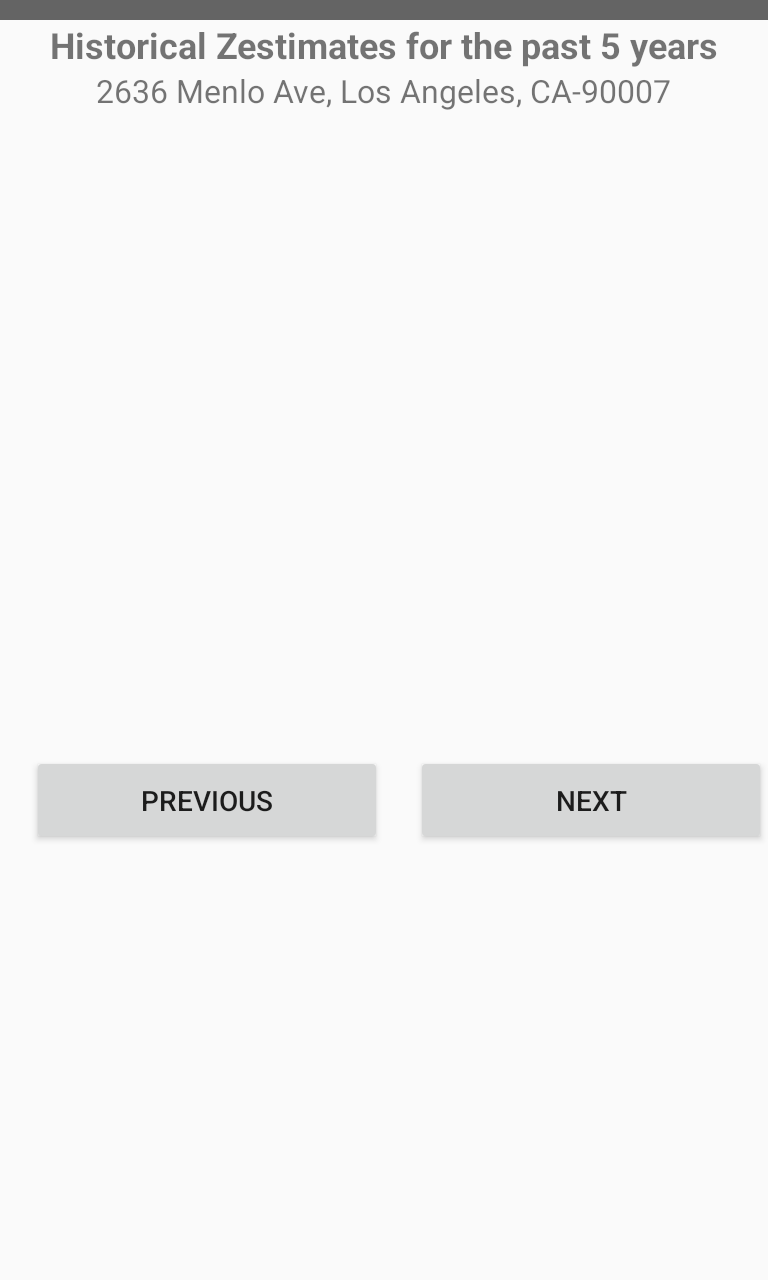
Repository: Warun26/PropertySearch
Layout: PropertySearch/res/layout/historical_zestimates_tab.xml
These files come from the project's save history. The layout is drawn as it stood at one moment and after the next save; the edit follows.
It is drawn on a 768 x 1280 px phone screen (xhdpi) without system bars, with theme AppTheme; the app's code is not run. The app's manifest (not shown) leaves right-to-left support off. So textAlignment, textDirection and layoutDirection are ignored, and left and right values win over start and end ones.

Above is the layout before, as saved 2014-11-23 04:15:45.

### PropertySearch/res/layout/historical_zestimates_tab.xml
<?xml version="1.0" encoding="utf-8"?>
<LinearLayout xmlns:android="http://schemas.android.com/apk/res/android"
    android:id="@+id/tab2"
    android:layout_width="fill_parent"
    android:layout_height="fill_parent"
    android:orientation="vertical" >

    <TextSwitcher
        android:id="@+id/chartYear"
        android:layout_width="fill_parent"
        android:layout_height="wrap_content"
        android:textAlignment="center"
        android:layout_gravity="center"
        android:background="#99000000"
        android:padding="5dp"
        android:textSize = "20sp"
        android:textStyle="bold" />

      <TextView
	     android:id="@+id/address"
	     android:layout_width="wrap_content"
	     android:layout_height="wrap_content"
	     android:padding="0dp"
	     android:textSize="18sp"
	     android:textAlignment="center"
	     android:layout_gravity="center"
	     android:textStyle="bold"
	     android:text="Historical Zestimates for the past 5 years" >
	</TextView>

    <TextView
	     android:id="@+id/address"
	     android:layout_width="wrap_content"
	     android:layout_height="wrap_content"
	     android:padding="0dp"
	     android:textSize="16sp"
	     android:textAlignment="center"
	     android:layout_gravity="center"
	     android:text="2636 Menlo Ave, Los Angeles, CA-90007" >
	</TextView>

    <ImageSwitcher
      android:id="@+id/ZestimateCharts"
      android:layout_width="fill_parent"
      android:layout_height="300dp" >
    </ImageSwitcher>

    <LinearLayout
        android:id="@+id/imageNavigationButtons"
        android:layout_width="fill_parent"
        android:layout_height="wrap_content"
        android:orientation="horizontal">
	    <Button
	      	android:id="@+id/previousImageButton"
	        android:layout_width="fill_parent"
	        android:layout_height="wrap_content"
	        android:text="@string/previous"
	        android:layout_marginLeft="15dp"
	        android:layout_marginStart="7dp"
	        android:layout_marginTop="20dp"
	        android:paddingLeft="3dp"
	        android:paddingRight="3dp"
	        android:layout_weight="1" />

	    <Button
	      	android:id="@+id/nextImageButton"
	        android:layout_width="fill_parent"
	        android:layout_height="wrap_content"
	        android:text="@string/next"
	        android:layout_marginLeft="15dp"
	        android:layout_marginStart="7dp"
	        android:layout_marginTop="20dp"
	        android:paddingLeft="3dp"
	        android:paddingRight="3dp"
	        android:layout_weight="1" />
        </LinearLayout>
    <!--  TextView
        android:id="@+id/textView2"
        android:layout_width="wrap_content"
        android:layout_height="wrap_content"
        android:text="@string/body2" /-->
</LinearLayout>

### PropertySearch/res/values/strings.xml
<?xml version="1.0" encoding="utf-8"?>
<resources>

    <string name="app_name">PropertySearch</string>
    <string name="hello_world">Hello world!</string>
    <string name="action_settings">Settings</string>
    <string name="search">Search</string>
    <string name="title_activity_main">MainActivity</string>
    <string name="form_title">Search Your Property Here</string>
    <string name="street_address">Street Address</string>
    <string name="address">Address*:</string>
    <string name="city_label">City*:</string>
    <string name="city">City</string>
    <string name="state">State*:</string>
    <string name="zillow_image">Zillow Logo</string>
    <string name="error_message">This field is required.</string>
    <string name="body1">body1</string>
    <string name="body2">body2</string>
    <string name="previous">Previous</string>
    <string name="next">Next</string>
    <string name="more_details">See more details on Zillow:</string>
    <string-array name="states">
        <item>Choose State</item>
        <item>AL</item>
        <item>AK</item>
        <item>AZ</item>
        <item>AR</item>
        <item>CA</item>
        <item>CO</item>
        <item>CT</item>
        <item>DE</item>
        <item>DC</item>
        <item>FL</item>
        <item>GA</item>
        <item>HI</item>
        <item>ID</item>
        <item>IL</item>
        <item>IN</item>
        <item>IA</item>
        <item>KS</item>
        <item>KY</item>
        <item>LA</item>
        <item>ME</item>
        <item>MD</item>
        <item>MA</item>
        <item>MI</item>
        <item>MN</item>
        <item>MS</item>
        <item>MO</item>
        <item>MT</item>
        <item>NE</item>
        <item>NV</item>
        <item>NH</item>
        <item>NJ</item>
        <item>NM</item>
        <item>NY</item>
        <item>NC</item>
        <item>ND</item>
        <item>OH</item>
        <item>OK</item>
        <item>OR</item>
        <item>PA</item>
        <item>PA</item>
        <item>RI</item>
        <item>SC</item>
        <item>SD</item>
        <item>TN</item>
        <item>TX</item>
        <item>UT</item>
        <item>VT</item>
        <item>VA</item>
        <item>WA</item>
        <item>WV</item>
        <item>WI</item>
        <item>WY</item>
    </string-array>

    <string name="title_activity_display_property_details">Results from Zillow</string>

</resources>

Loaded but not shown: PropertySearch/res/values/styles.xml (common file); PropertySearch/res/values-v11/styles.xml (common file); PropertySearch/res/values-v14/styles.xml (common file)

After the next save:
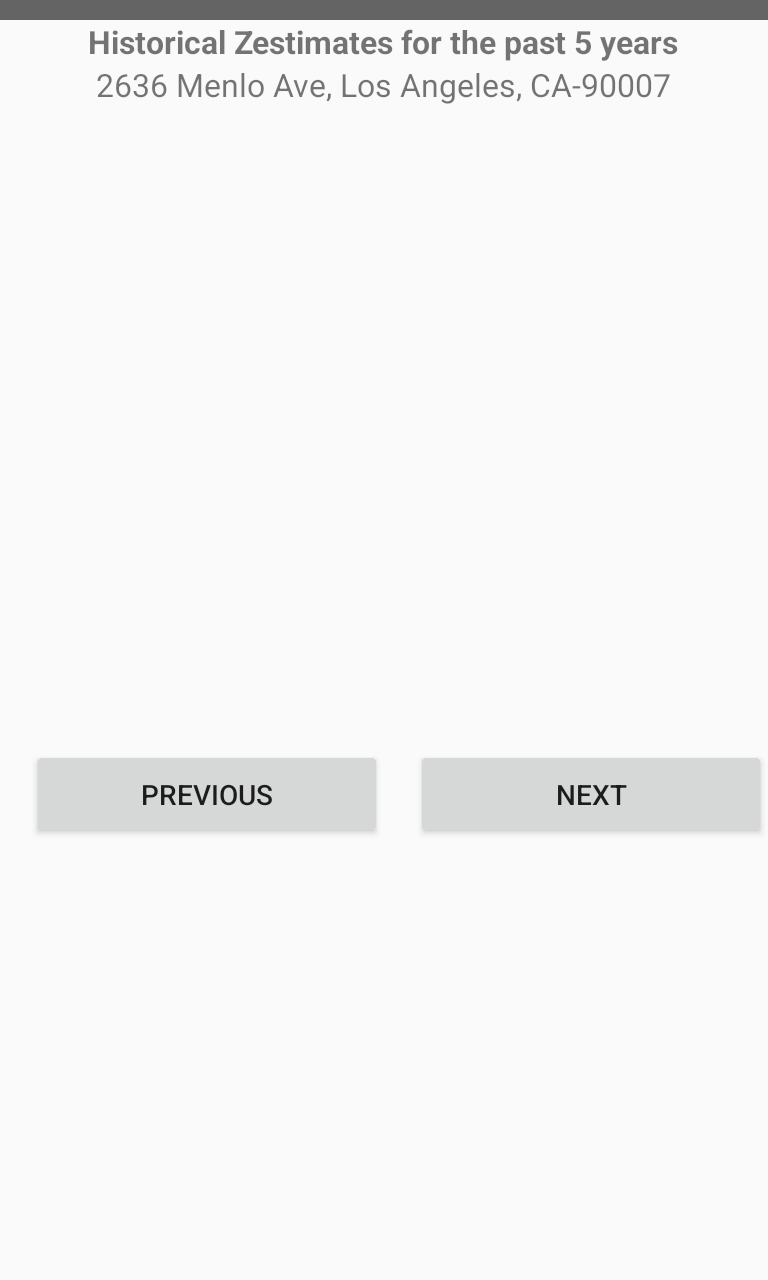
Saved 6 s later.
--- a/PropertySearch/res/layout/historical_zestimates_tab.xml
+++ b/PropertySearch/res/layout/historical_zestimates_tab.xml
@@ -21,7 +21,7 @@
 	     android:layout_width="wrap_content"
 	     android:layout_height="wrap_content"
 	     android:padding="0dp"
-	     android:textSize="18sp"
+	     android:textSize="16sp"
 	     android:textAlignment="center"
 	     android:layout_gravity="center"
 	     android:textStyle="bold"
